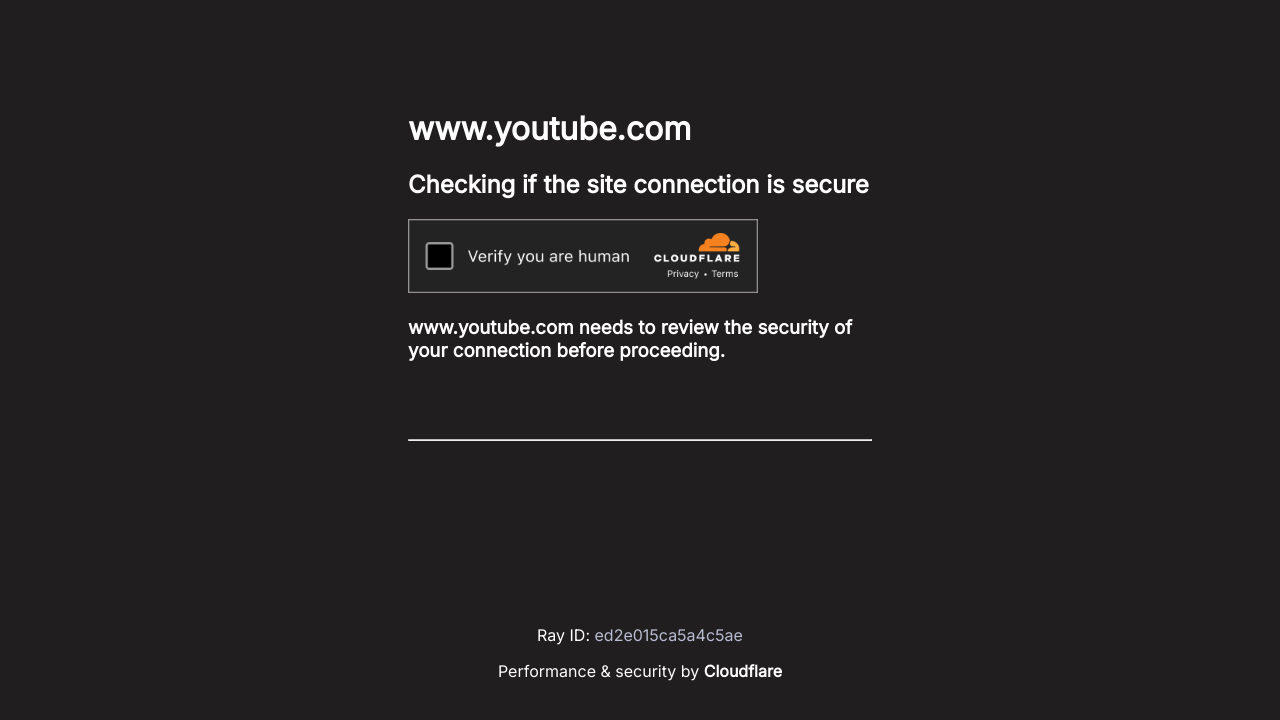
Repository: estech321/CAPTCHA-RickRoll
Page: index.html
The author's editor kept a copy of each file at every save. The page is drawn from the files as they stood at one save, then again after the next save.
The browser window is 1280 px wide. The pictures show the whole page.

Above is the page before, as saved 2023-12-29 23:58:31.

After the next save:
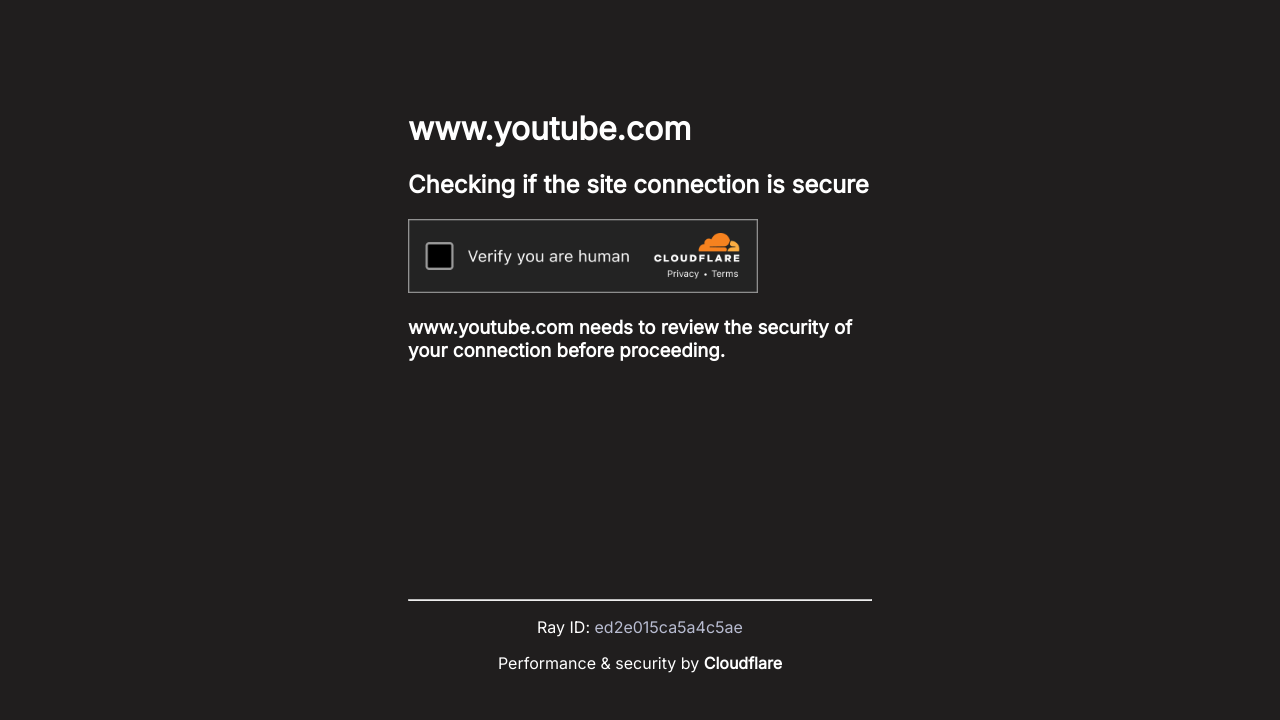
Saved 10 s later.
--- a/index.html
+++ b/index.html
@@ -38,9 +38,9 @@
         <h3>www.youtube.com needs to review the security of your connection before proceeding.</h3>
     </main>
     <footer>
-        <center>
+        <center><br><br><br><br><br><br><br><br>
             <hr class="solid">
-            <br><br><br><br><br><br><br><br>
+
             <p>Ray ID: <blue>ed2e015ca5a4c5ae</blue></p>
             <p>Performance & security by <strong>Cloudflare</strong></p>
         </center>
